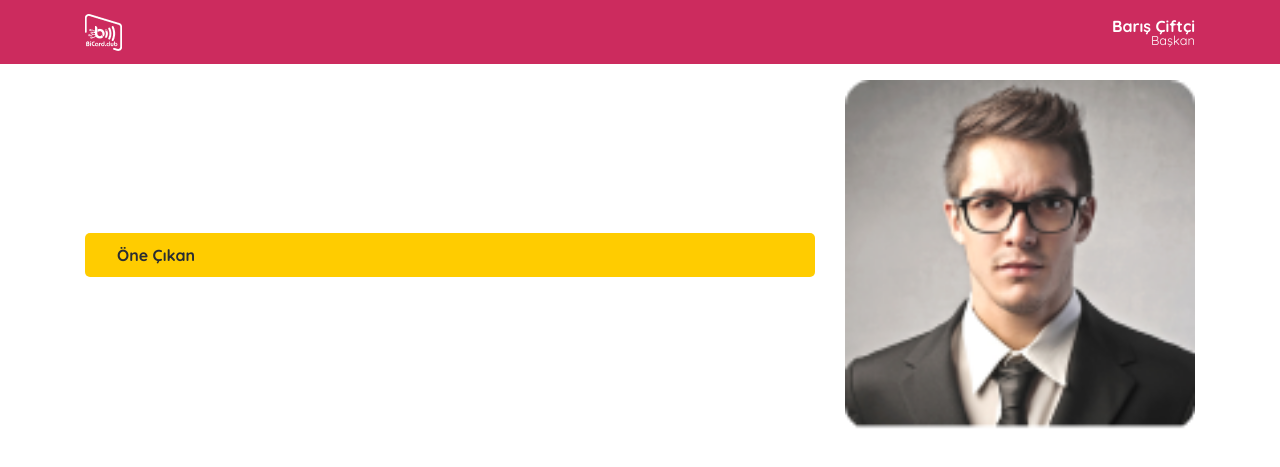
Repository: KayahanKahriman/bicard
Page: index.html
An editor plug-in stored every save of this project. The page is shown before and after the next save, followed by the edit.
The browser window is 1280 px wide. The pictures show the whole page.
The style sheet was rebuilt from its Sass, Less or Tailwind sources for each picture, by a compiler version that may differ from the author's.

Above is the page before, as saved 2021-12-01 11:42:25.

After the next save:
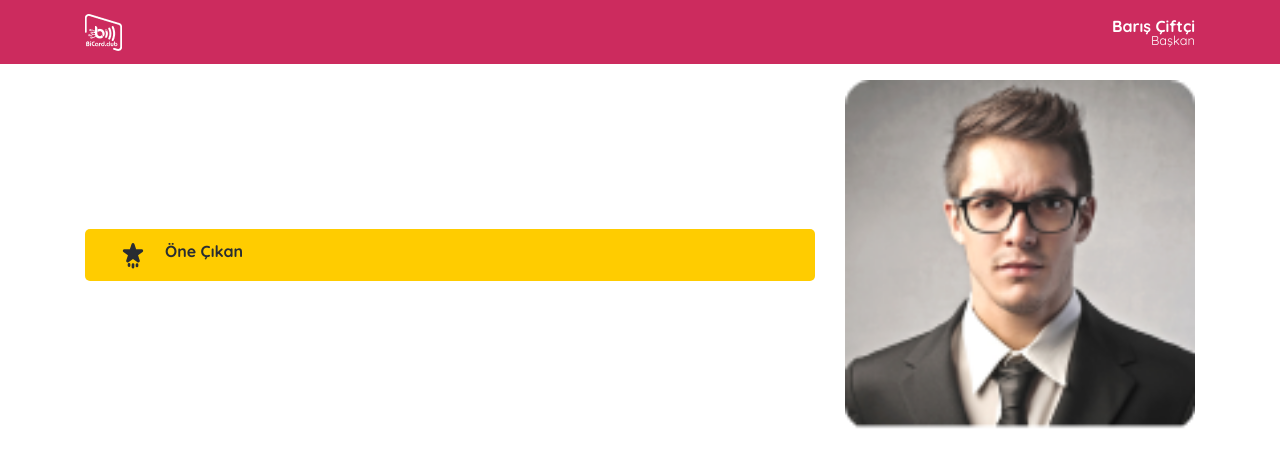
Saved 92 s later.
--- a/index.html
+++ b/index.html
@@ -31,7 +31,7 @@
         <div class="container">
             <div class="row align-items-center justify-content-center text-center">
                 <div class="col-8">
-                    <a href="#" class="button jumbo-button button-has-icon">Öne Çıkan</a>
+                    <a href="#" class="button jumbo-button button-has-icon"><img src="./assets/images/ranking.svg" alt="">Öne Çıkan</a>
                 </div>
                 <div class="col-4">
                     <img class="img-contain" src="./assets/images/avatar.png" alt="">
